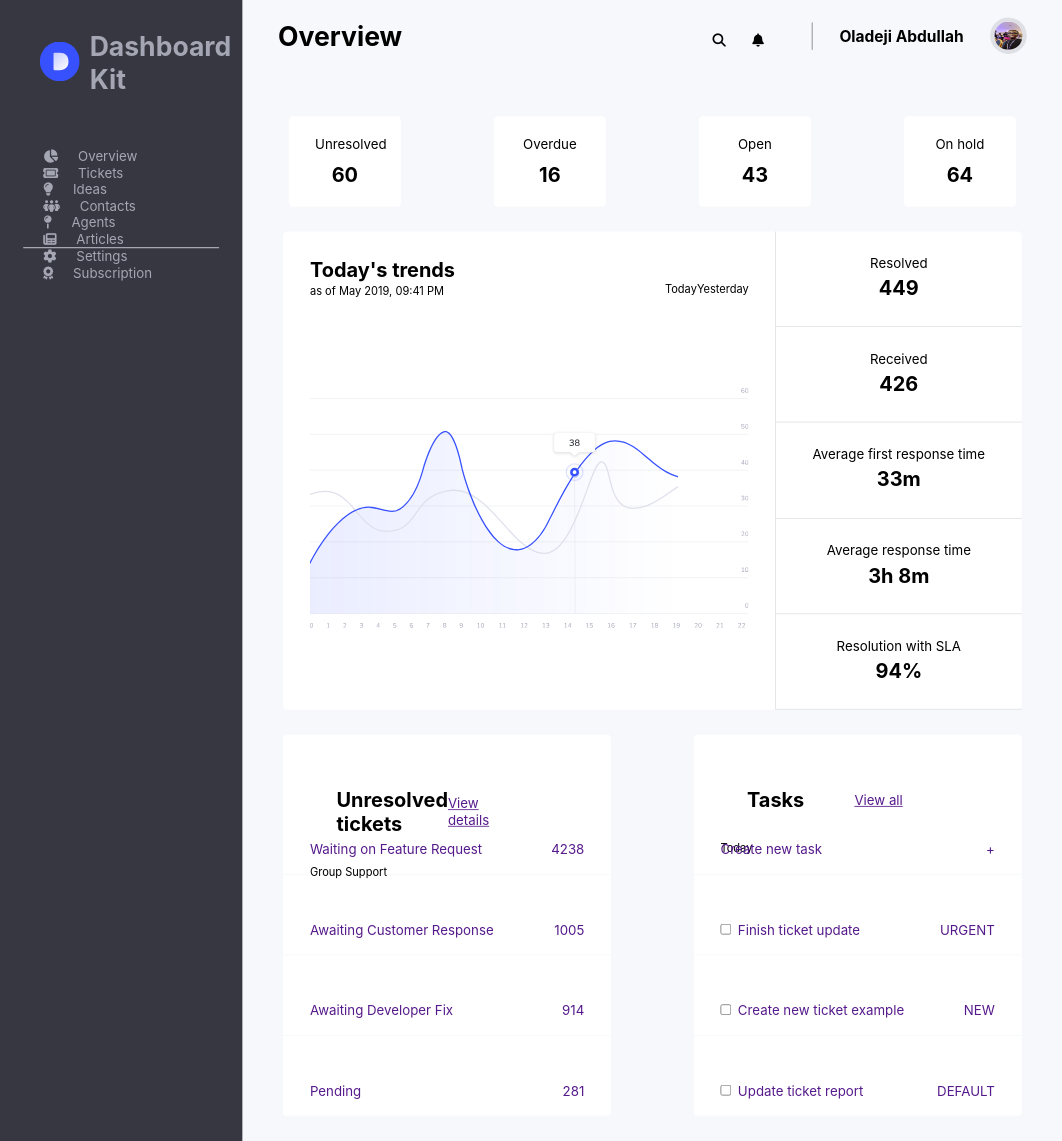
Repository: BuduCE/dashboard
Page: /
The author's editor kept a copy of each file at every save. The page is drawn from the files as they stood at one save, then again after a run of saves.
The browser window is 1280 px wide. The pictures show the whole page, at 83% of full size.
Some web libraries are served in a nearby version. The project was rebuilt for these pictures with package versions that can differ from the ones it lists, and the page was loaded fresh each time. Also part of the build but not shown: src/pages/Tickets/index.jsx.

Above is the page before, as saved 2022-08-06 00:04:37.

After the next 2 saves:
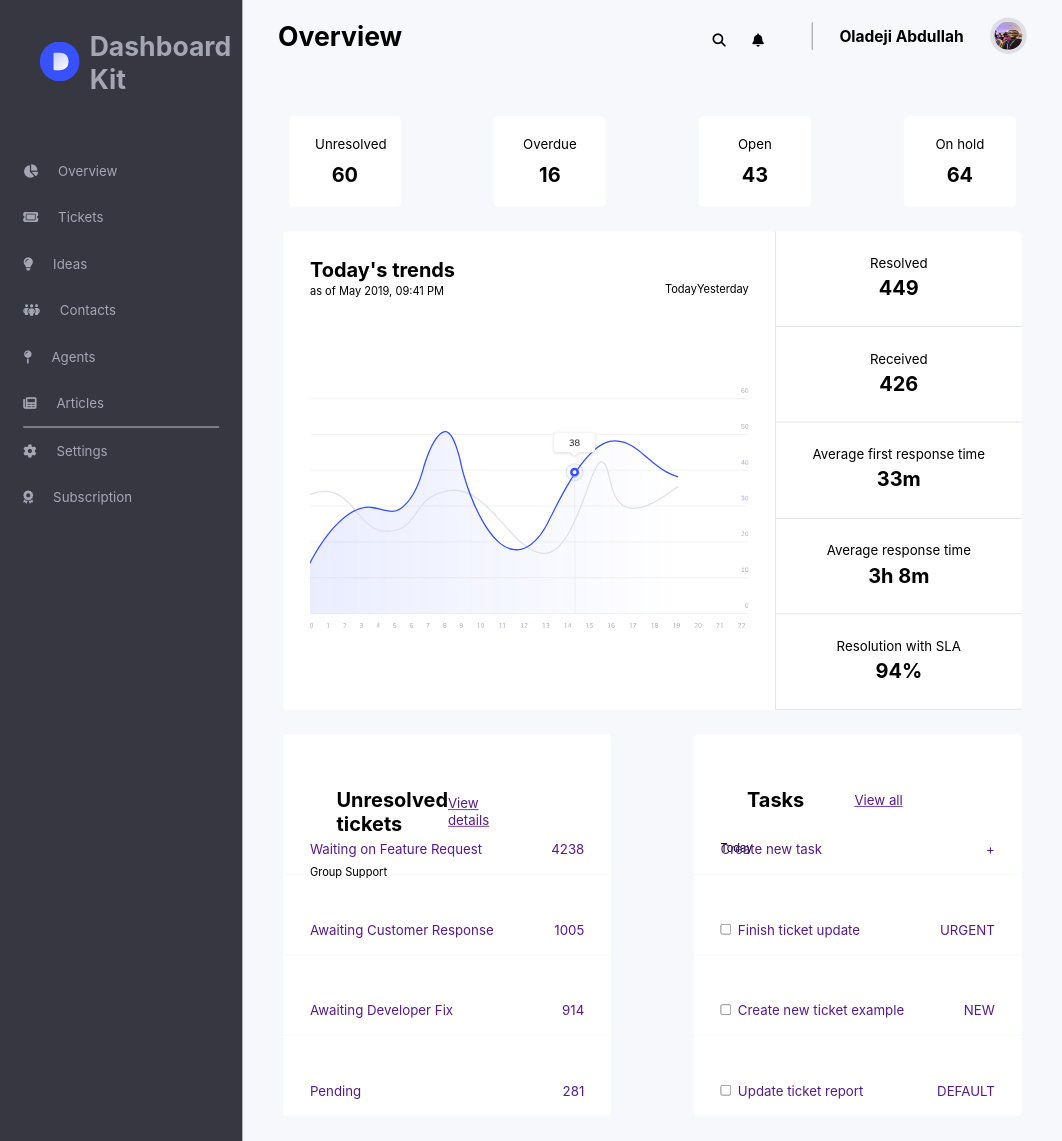
The 2 saves are shown as one change because they came seconds apart.
The last was saved 10 s later.
--- a/src/components/common/SideNav/styles.css
+++ b/src/components/common/SideNav/styles.css
@@ -20,7 +20,7 @@
 .heading{
     width: 100%;
     display: flex;
-    padding: 0px 24px;
+    padding: 18px 0px;
     align-items: center;
 }
 .heading p{
